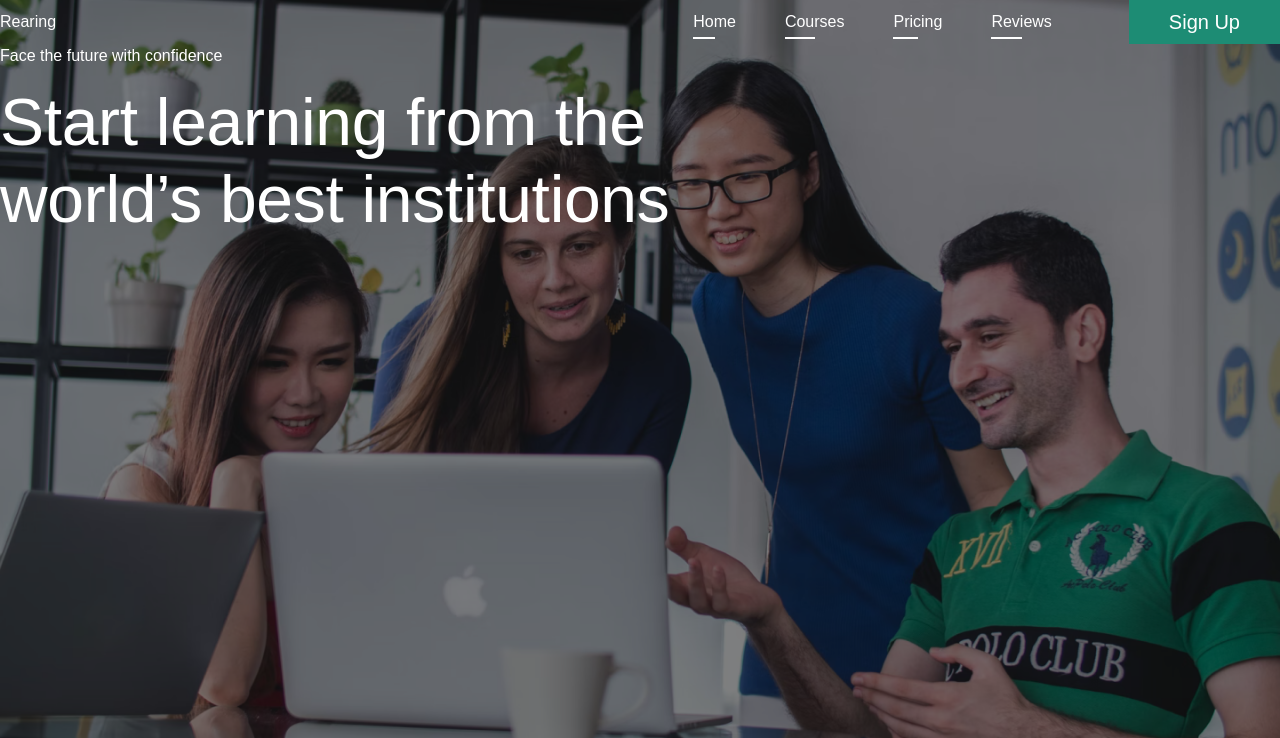
Repository: vandangnhathung/educationplatform
Page: /
These files come from the project's save history. The page is drawn as it stood at one moment and after the next save; the edit follows.
The browser window is 1280 px wide. The pictures show the whole page.
The project was rebuilt for these pictures with package versions that can differ from the ones it lists, and the page was loaded fresh each time.

Above is the page before, as saved 2022-06-20 15:03:15.

### src/index.js
import React from "react";
import ReactDOM from "react-dom/client";
import App from "./App";
import reportWebVitals from "./reportWebVitals";
import "./index.css";
const root = ReactDOM.createRoot(document.getElementById("root"));
root.render(
  <React.StrictMode>
    <App />
  </React.StrictMode>
);

// If you want to start measuring performance in your app, pass a function
// to log results (for example: reportWebVitals(console.log))
// or send to an analytics endpoint. Learn more: https://bit.ly/CRA-vitals
reportWebVitals();

### src/App.js
import Header from "./components/Header";

function App() {
  return (
    <>
      <Header></Header>
    </>
  );
}

export default App;

### src/index.css
@tailwind base;
@tailwind components;
@tailwind utilities;
@import url("https://fonts.googleapis.com/css2?family=Urbanist:wght@100;200;300;400;500;600;700;800&display=swap");
*,
*::before,
*::after {
  box-sizing: border-box;
}
* {
  margin: 0;
  padding: 0;
}

html,
body {
  height: 100%;
}
body {
  line-height: 1.5;
  font-family: "Urbanist", sans-serif;
}

img,
picture,
video,
canvas,
svg {
  display: block;
  max-width: 100%;
}
input,
button,
textarea,
select {
  font: inherit;
  outline: none;
}
p,
h1,
h2,
h3,
h4,
h5,
h6 {
  overflow-wrap: break-word;
}

.container {
  max-width: 1280px;
  margin: 0 auto;
  width: 100%;
}

.active {
  position: relative;
}

.active::before {
  content: "";
  display: block;
  position: absolute;
  bottom: -5px;
  width: 50%;
  padding: 1px;
  left: 0;
  background-color: #fff;
}

### src/components/Header.js
import React, { useEffect } from "react";
import headerImg from "../images/Images.png";
const Header = () => {
  const headerNav = [
    {
      id: 1,
      title: "Home",
    },
    {
      id: 2,
      title: "Courses",
    },
    {
      id: 3,
      title: "Pricing",
    },
    {
      id: 4,
      title: "Reviews",
    },
  ];
  return (
    <header>
      <div className="relative">
        <img src={headerImg} alt="header_img" className="w-full" />
        <div className="absolute inset-0 bg-black opacity-50"></div>
        <div class="absolute top-0  left-0 right-0 ">
          <div class="container">
            <div className=" header-top text-white flex items-center justify-between">
              <div className="">Rearing</div>
              <div className="flex items-center">
                <nav className="mr-[77px]">
                  <ul className="flex items-center  gap-x-[49px] ">
                    {headerNav.map((item) => (
                      <li className="active cursor-pointer" key={item.id}>
                        {item.title}
                      </li>
                    ))}
                  </ul>
                </nav>
                <button className="py-2 px-10 bg-[#1D8C74] text-white text-xl ">
                  Sign Up
                </button>
              </div>
            </div>

            <div className="slogan text-white">
              <h3 className="text-base mb-4">
                Face the future with confidence
              </h3>
              <h1 className="desc max-w-[777px] text-[66px] leading-[77px] w-full tracking-[-0.02rem]">
                Start learning from the world’s best institutions
              </h1>
            </div>
          </div>
        </div>
      </div>
    </header>
  );
};

export default Header;

Loaded but not shown: public/index.html (common file); src/reportWebVitals.js (common file); tailwind.config.js (common file)

After the next save:
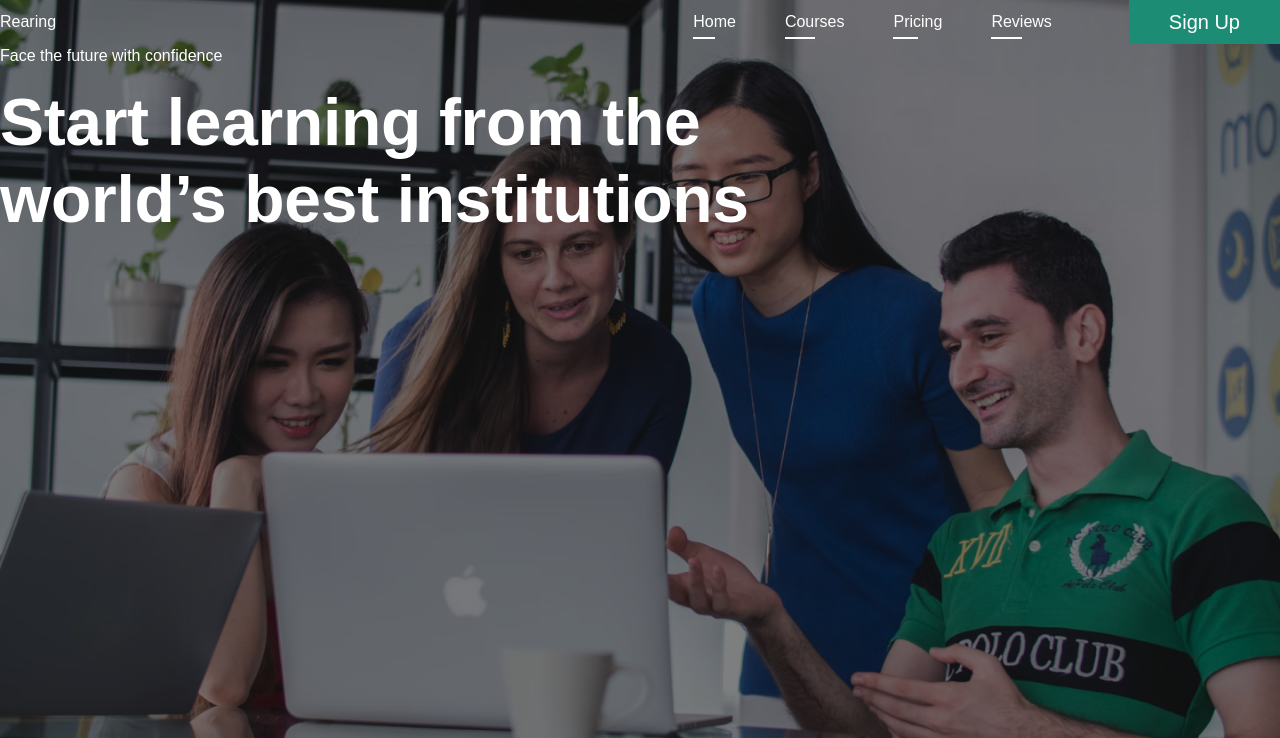
Saved 25 s later.
--- a/src/components/Header.js
+++ b/src/components/Header.js
@@ -48,7 +48,7 @@ const Header = () => {
               <h3 className="text-base mb-4">
                 Face the future with confidence
               </h3>
-              <h1 className="desc max-w-[777px] text-[66px] leading-[77px] w-full tracking-[-0.02rem]">
+              <h1 className="desc max-w-[777px] text-[66px] leading-[77px] w-full tracking-[-0.02rem] font-semibold">
                 Start learning from the world’s best institutions
               </h1>
             </div>
